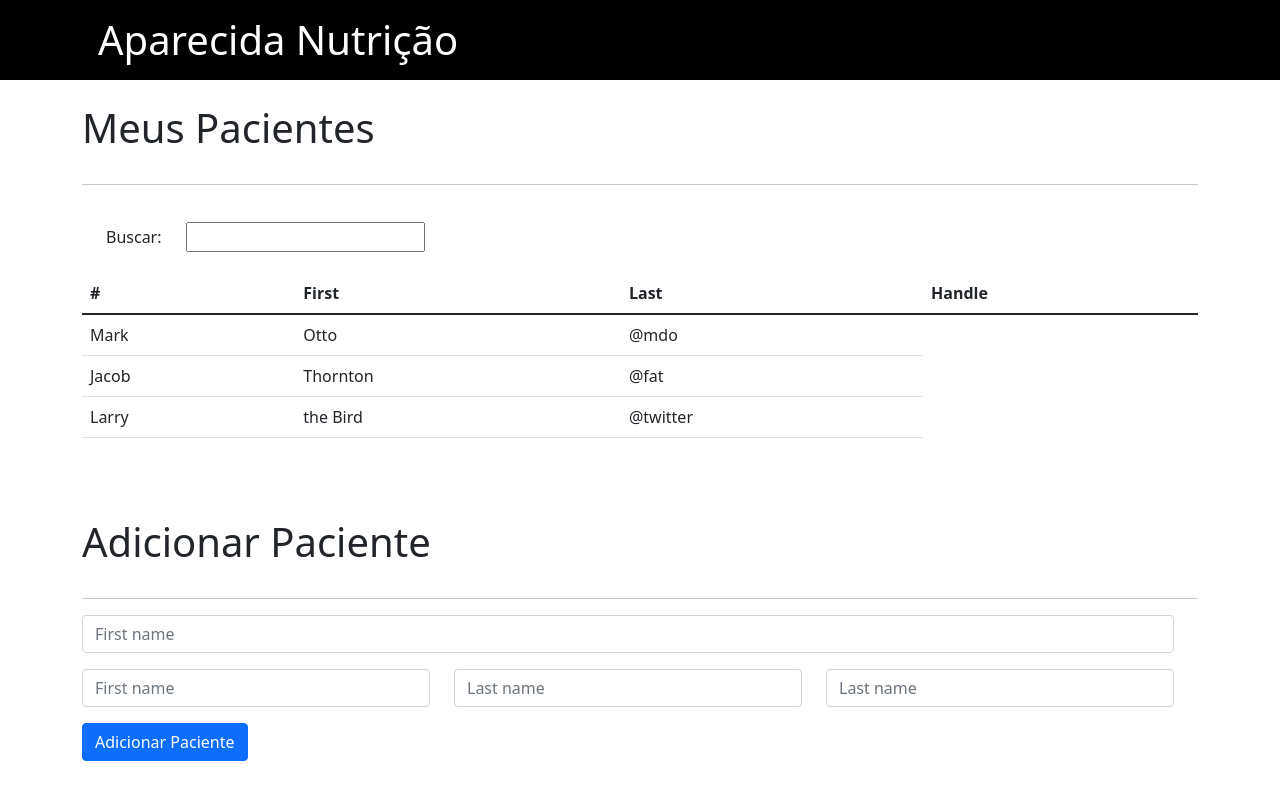
Repository: eversonps/app-paciente
Page: / (app in frontend/)
The author's editor kept a copy of each file at every save. The page is drawn from the files as they stood at one save, then again after the next save.
The browser window is 1280 px wide. The pictures show the whole page.
The project was rebuilt for these pictures with package versions that can differ from the ones it lists, and the page was loaded fresh each time.

Above is the page before, as saved 2022-03-28 14:44:25.

### frontend/src/index.js
import React from 'react';
import ReactDOM from 'react-dom';
import './index.css';
import App from './App';
import  '../node_modules/bootstrap/dist/css/bootstrap.min.css'

ReactDOM.render(
    <App />,
    document.getElementById('root')
);

### frontend/src/App.jsx
import Header from "./components/Header";
import MyPacients from "./components/MyPacients";
import Main from "./components/Main"
import AddPacient from "./components/AddPacient";

function App() {
  return (
    <div className="App">
        <Header></Header>
        <Main>
            <MyPacients></MyPacients>
            <AddPacient></AddPacient>
        </Main>
    </div>
  );
}

export default App;

### frontend/src/components/Header.jsx
import React from "react";

export default props => {
    return (
        <header className="bg-black">
            <div className="container">
                <h1 className="text-white p-3">Aparecida Nutrição</h1>
            </div>
        </header>
    )
}

### frontend/src/components/MyPacients.jsx
import React from "react";
import FilterPacients from "../Templates/FilterPacients";
import Table from "../Templates/Table";
import Title from "../Templates/Title";

export default props => (
    <div>
        <Title name="Meus Pacientes"></Title>

        <FilterPacients></FilterPacients>
        <Table></Table>
    </div>
)

### frontend/src/components/Main.jsx
import React from "react";

export default props => (
    <main className="container">
        {props.children}
    </main>
)

### frontend/src/components/AddPacient.jsx
import React from "react";
import FormPacients from "../Templates/FormPacients";
import Title from "../Templates/Title"
import Button from "../Templates/Button";

export default props => (
    <div className="py-5">
        <Title name="Adicionar Paciente"></Title>
        <FormPacients></FormPacients>
        <div className="mt-3">
            <Button type="primary" name="Adicionar Paciente"></Button>
        </div>
    </div>
)

### frontend/src/Templates/FilterPacients.jsx
import React from "react";

export default props => (
    <div>
        <label className="m-4">Buscar: </label>
        <input type="text" />
    </div>
)

### frontend/src/Templates/Table.jsx
import React from "react";

export default props => (
    <div>
        <table class="table">
        <thead class="thead-dark">
            <tr>
                <th scope="col">#</th>
                <th scope="col">First</th>
                <th scope="col">Last</th>
                <th scope="col">Handle</th>
            </tr>
        </thead>
        <tbody>
            <tr>
                <td>Mark</td>
                <td>Otto</td>
                <td>@mdo</td>
            </tr>
                <tr>
                <td>Jacob</td>
                <td>Thornton</td>
                <td>@fat</td>
                </tr>
            <tr>
                <td>Larry</td>
                <td>the Bird</td>
                <td>@twitter</td>
                </tr>
            </tbody>
        </table>
    </div>

)

### frontend/src/Templates/Title.jsx
import React from "react";

export default props => (
    <div>
        <h1 className="pt-3 py-3">{props.name}</h1>
        <hr />
    </div>
)

### frontend/src/Templates/FormPacients.jsx
import React from "react";

export default props => (
    <form>
        <div className="row">
            <div className="row mb-3">
                <div className="col">
                    <input type="text" className="form-control" placeholder="First name" />
                </div>
            </div>
            <div className="row">
                <div className="col">
                    <input type="text" className="form-control" placeholder="First name" />
                </div>
                <div className="col">
                    <input type="text" className="form-control" placeholder="Last name" />
                </div>
                <div className="col">
                    <input type="text" className="form-control" placeholder="Last name" />
                </div>
            </div>
        </div>
    </form>
)

### frontend/src/Templates/Button.jsx
import React from "react";

export default props => (
    <button type="button" class={`btn btn-${props.type}`}>{props.name}</button>
)

Loaded but not shown: frontend/public/index.html (common file); frontend/src/index.css (common file)

After the next save:
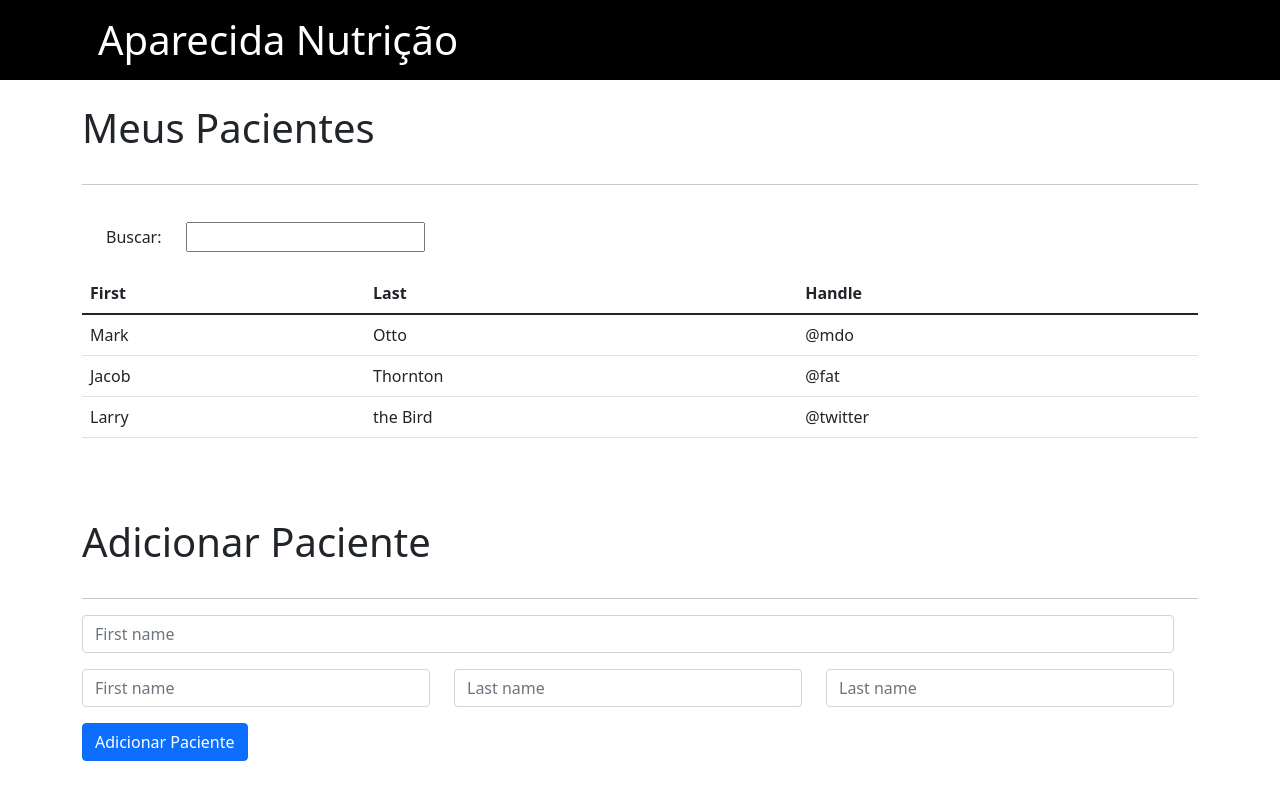
Saved 11 s later.
--- a/frontend/src/Templates/Table.jsx
+++ b/frontend/src/Templates/Table.jsx
@@ -5,7 +5,6 @@ export default props => (
         <table class="table">
         <thead class="thead-dark">
             <tr>
-                <th scope="col">#</th>
                 <th scope="col">First</th>
                 <th scope="col">Last</th>
                 <th scope="col">Handle</th>
